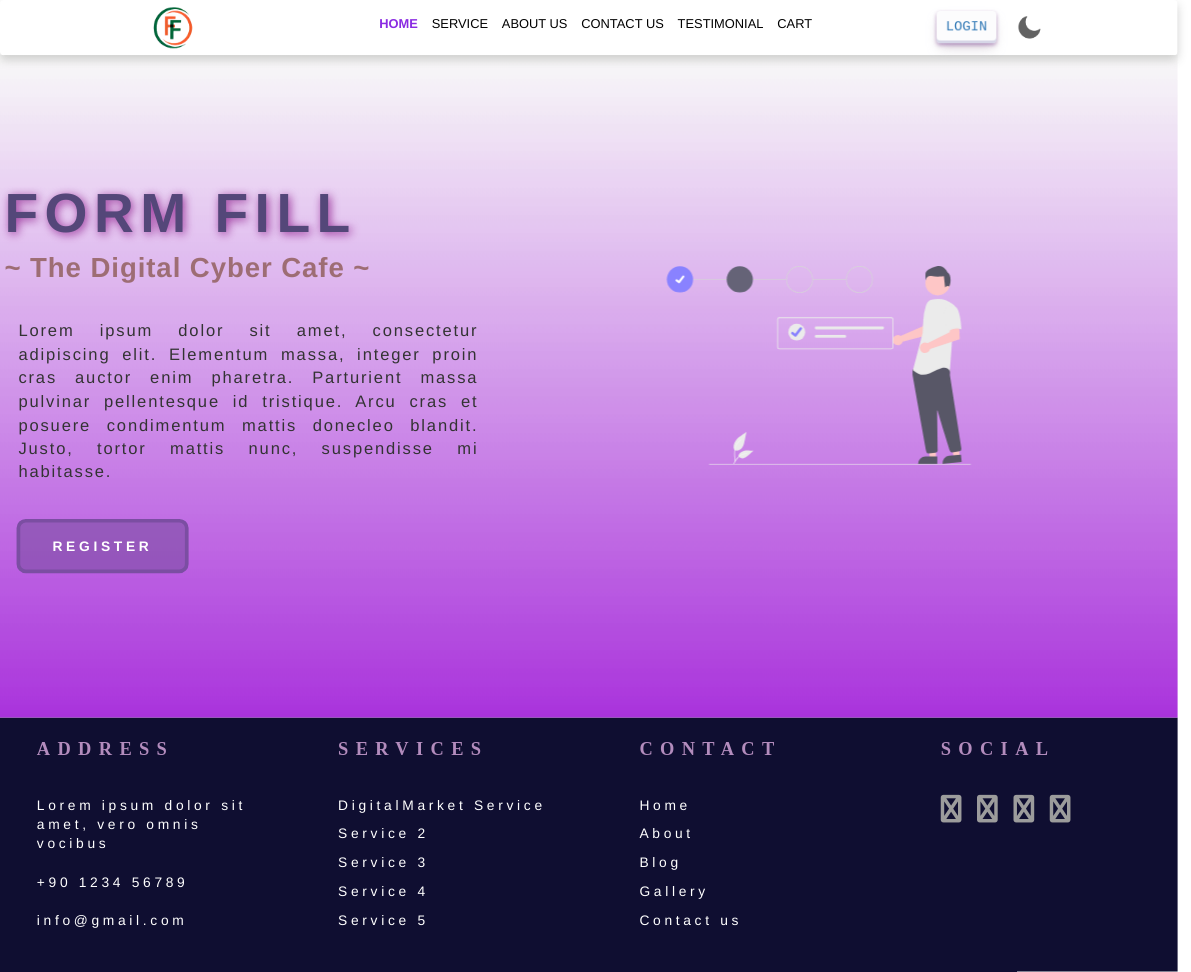
Repository: codervivek5/Formfil
Page: index.html
The author's editor kept a copy of each file at every save. The page is drawn from the files as they stood at one save, then again after the next save.
The browser window is 1280 px wide. The page is 1295 px wide, so the pictures cover 1295 px, including what lies to the right of the window. The pictures show the whole page, at 92% of full size.
Some web fonts or font styles are not loaded; a fallback is used.

Above is the page before, as saved 2023-03-04 21:41:09.

After the next save:
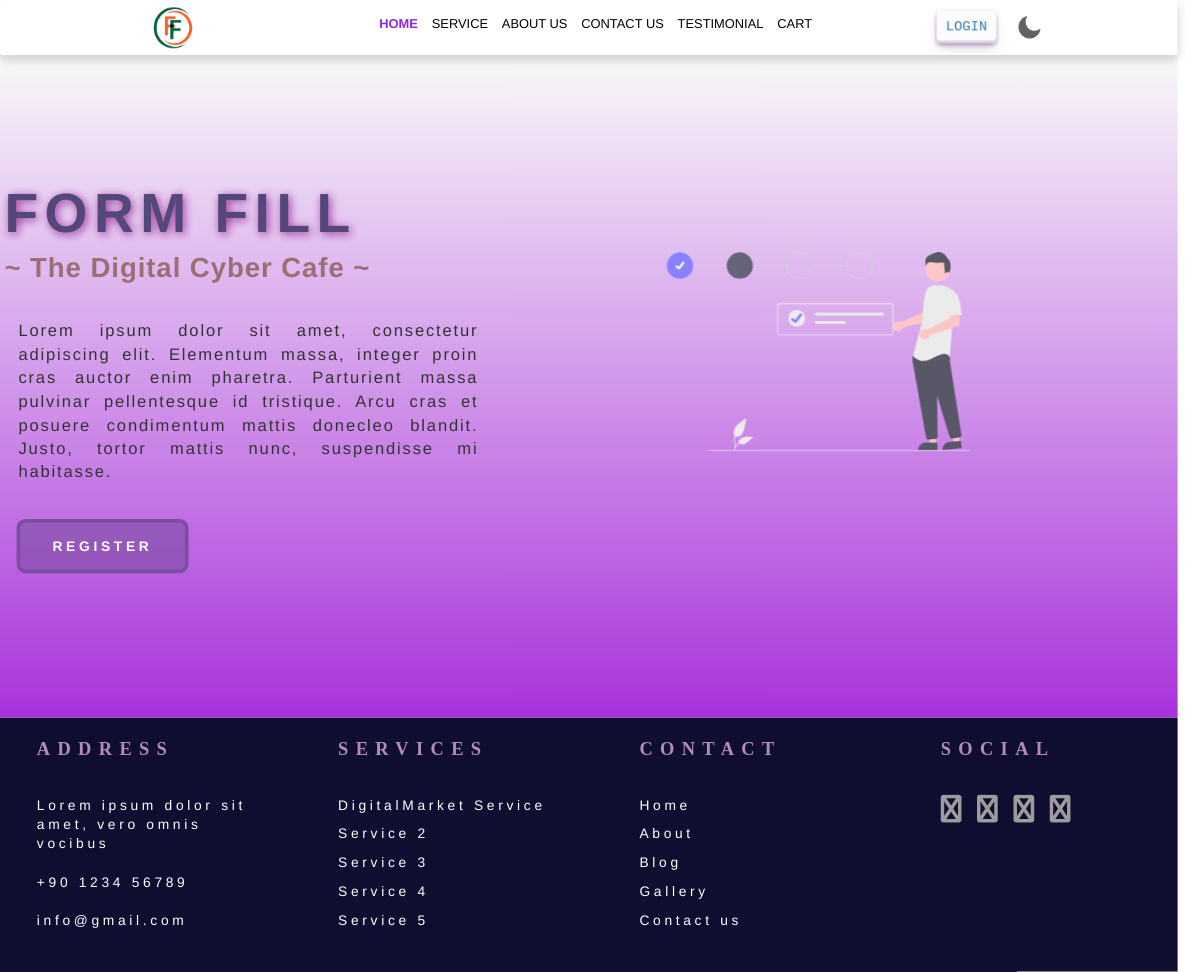
Saved 11 s later.
--- a/style/style.css
+++ b/style/style.css
@@ -189,7 +189,7 @@ overflow-x: hidden;
     padding: 0px 25px;
 }
 .shipp{
-  margin-top: -40px;
+  margin-top: -70px;
   padding-left: 50px;
 }
 .shipp img{
